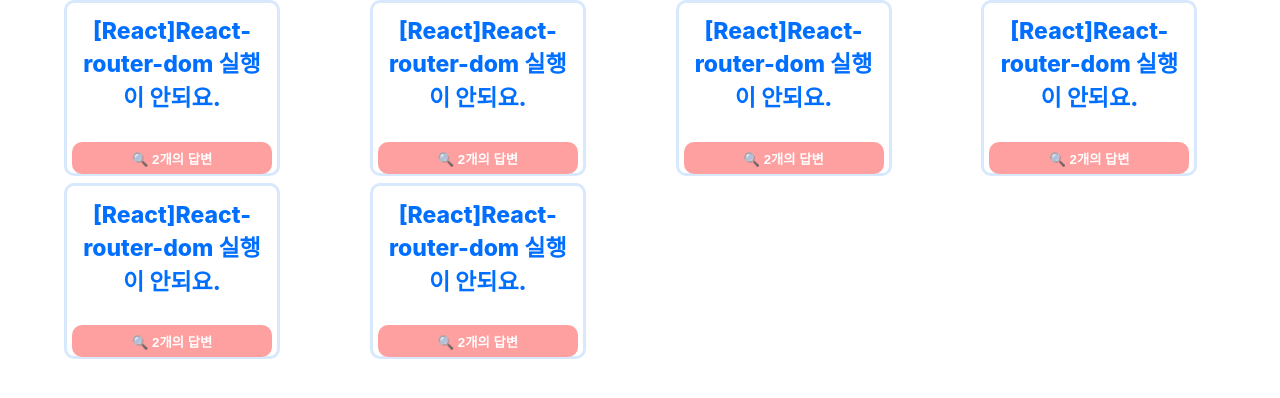
Repository: TeamCosine/Front
Page: /Qna
The author's editor kept a copy of each file at every save. The page is drawn from the files as they stood at one save, then again after a run of saves.
The browser window is 1280 px wide. The pictures show the whole page.
The project was rebuilt for these pictures with package versions that can differ from the ones it lists, and the page was loaded fresh each time. Also part of the build but not shown: src/components/home/Card.js, src/pages/Home.js, src/pages/Profile.js, src/pages/Login.js, src/components/MyInfo/Card.js, src/pages/MyInfo.js, src/pages/Write.js, src/pages/Invite.js.

Above is the page before, as saved 2023-07-22 23:05:28.

### src/App.js
import React from 'react';
import './App.css';

import {BrowserRouter, Routes, Route} from 'react-router-dom';
import Home from './pages/Home';
import Profile from './pages/Profile';
import Login from './pages/Login';
import MyInfo from './pages/MyInfo';
import Write from './pages/Write';
import Qna from './pages/Qna';
import Invite from './pages/Invite';


function App() {
  return (
    <BrowserRouter>
    <div className="App">
      <Routes>
        <Route path = "/" element={<Login/>}/>
        <Route path = "/profile" element={<Profile/>}/>
        <Route path = "/myinfo" element = {<MyInfo/>} />
        <Route path = "/Write" element = {<Write/>} />
        <Route path = "/Qna" element={<Qna/>}/>
        <Route path = "/home" element = {< Home/>}/>
        <Route path = "/invite" element={<Invite/>}/>

      </Routes>
    </div>
    </BrowserRouter>
  );
}

export default App;

### src/pages/Qna.js
import React from "react";
import styled from 'styled-components';
import Card from "../components/QNA/Card";
import Title from "../components/common/Title";

const Container = styled.div`

`;
const GridContainer = styled.div`
   display: grid;
   grid-template-columns: repeat(4, 1fr);
   grid-gap: 1vh;
   padding-left: 5vw;
`;

const Qna =()=>{
    return (
        <>
          <Title text={"QNA"}/>
          <Container>
            <GridContainer>
            <Card/>
            <Card/>
            <Card/>
            <Card/>
            <Card/>
            <Card/>
            </GridContainer>
          </Container>
        </>
    )
}

export default Qna;

### src/components/QNA/Card.js
import React from "react";
import styled from "styled-components";

const Container = styled.div`
   border-radius: 10px;
   border : 3px solid #d8e8fd;
   background-color: white;
   width : 210px;
   height : 170px;
`;

const Text = styled.div`
   padding-top: 2vh;
   color : #006fff;
   font-size: 23px;
   font-weight: 800;
   flex-shrink: 0;
   padding-bottom: 4vh;
   padding-left : 1vw;
   padding-right: 1vw;
`;
const Btn = styled.button`
    text-align: center;
    width : 200px;
    height : 32px;
    background-color: #ffa0a0;
    flex-shrink: 0;
    color : white;
    border-radius: 10px;
    border:none;
    font-weight: bold;
`;
const Card =() =>{

    return (
        <>
           <Container>
              <Text>[React]React-router-dom 실행이 안되요.</Text>
              <div>
                <Btn>🔍 2개의 답변</Btn>
              </div>

           </Container>
        </>
    )

}

export default Card;

### src/components/common/Title.js
import React from "react";
import styled from 'styled-components';

const Container = styled.button`
  background-color: #E8F1FD;
`;

const Title = ({text}) =>{
    <>
      <Container>
          {text}
      </Container>
    </>

}

export default Title;

Loaded but not shown: public/index.html (common file); src/index.js (common file); src/index.css (common file); src/reportWebVitals.js (common file); src/App.css (common file)

After the next 2 saves:
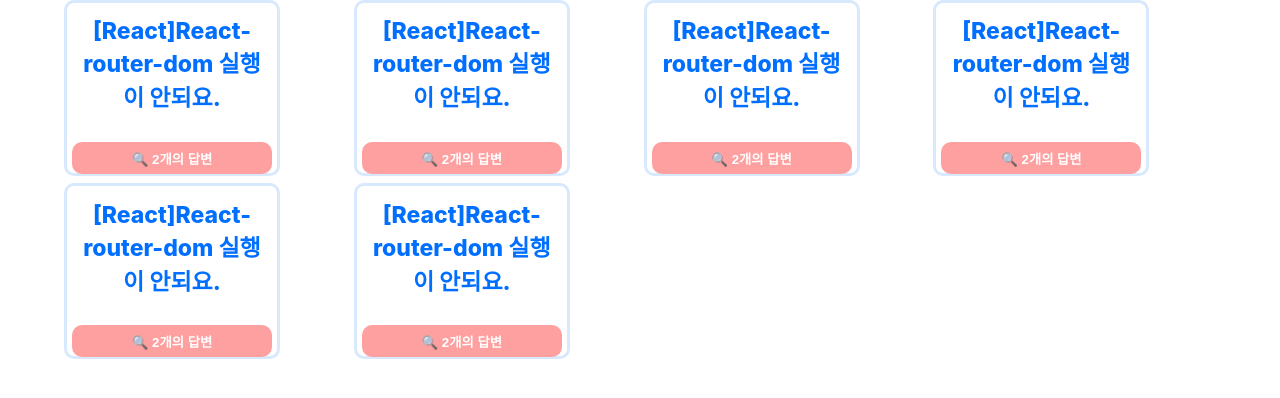
The 2 saves are shown as one change because they came seconds apart.
The last was saved 13 s later.
--- a/src/pages/Qna.js
+++ b/src/pages/Qna.js
@@ -11,6 +11,7 @@
    grid-template-columns: repeat(4, 1fr);
    grid-gap: 1vh;
    padding-left: 5vw;
+   padding-right: 5vw;
 `;
 
 const Qna =()=>{
